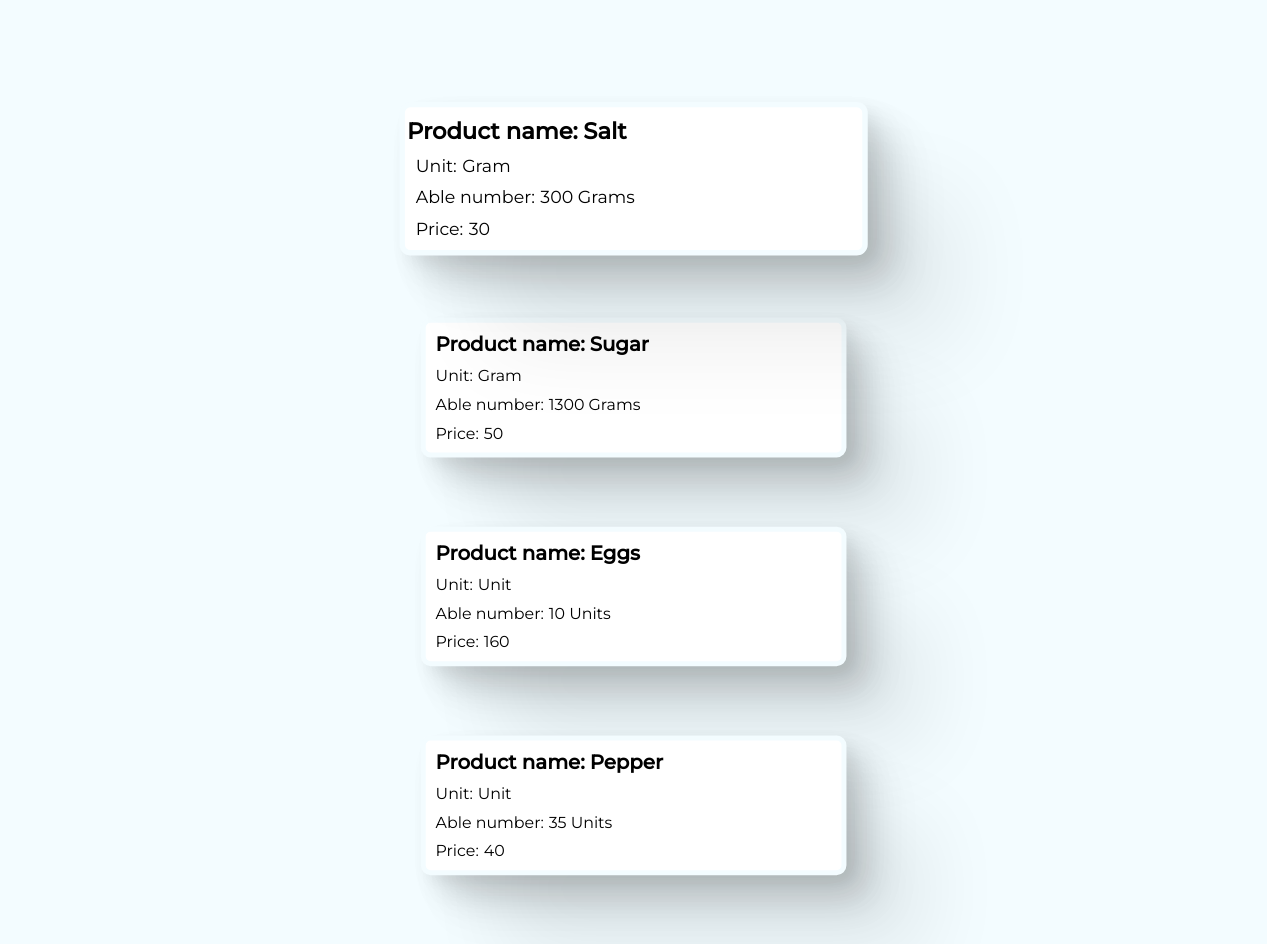
Repository: OlexandraKovach2/Vue
Page: / (app in vuexam/brila-exam/)
An editor plug-in stored every save of this project. The page is shown before and after the next save, followed by the edit.
The browser window is 1280 px wide. The pictures show the whole page, at 99% of full size.
The pointer rests on the first visible `.info-row`.
The project was rebuilt for these pictures with package versions that can differ from the ones it lists, and the page was loaded fresh each time. Also part of the build but not shown: vuexam/brila-exam/vue.config.js.

Above is the page before, as saved 2022-11-08 22:02:38.

### vuexam/brila-exam/public/index.html
<!DOCTYPE html>
<html lang="">
  <head>
    <meta charset="utf-8">
    <meta http-equiv="X-UA-Compatible" content="IE=edge">
    <meta name="viewport" content="width=device-width,initial-scale=1.0">
    <link rel="icon" href="<%= BASE_URL %>favicon.ico">
    <title><%= htmlWebpackPlugin.options.title %></title>
  </head>
  <body>
    <noscript>
      <strong>We're sorry but <%= htmlWebpackPlugin.options.title %> doesn't work properly without JavaScript enabled. Please enable it to continue.</strong>
    </noscript>
    <div id="app"></div>
    <!-- built files will be auto injected -->
  </body>
</html>

<style>

  *{
    padding: 0px;
    margin: 0px;
  }
  body{
    background-color: rgb(243, 252, 255);
  }

</style>

### vuexam/brila-exam/src/main.js
import { createApp } from 'vue'
import App from './App.vue'
import store from '@/store'

createApp(App).use(store).mount('#app')

### vuexam/brila-exam/src/App.vue
<template>
  <div>
    <ObjectTable :listData="list"/>
  </div>
</template>

<script>
  import { mapGetters } from 'vuex';
  import ObjectTable from "./components/ObjectTable";
  export default {
    name: "App",
    components: {
      ObjectTable,
    },
    computed: {
      ...mapGetters(['list']),
    },
  }
</script>

<style lang="scss" scoped>
@import url('https://fonts.googleapis.com/css2?family=Montserrat:wght@100;200;300;400;500&display=swap');
*{
  font-family: 'Montserrat', sans-serif;
}
</style>

### vuexam/brila-exam/src/store/index.js
import {createStore} from 'vuex'

const store = createStore({
    state: {
        list: [
            {
                id: 1,
                name: "Salt",
                unit: "Gram",
                count: "300",
                cost: 30
            },
            {
                id: 2,
                name: "Sugar",
                unit: "Gram",
                count: "1300",
                cost: 50
            },
            {
                id: 3,
                name: "Eggs",
                unit: "Unit",
                count: "10",
                cost: 160
            },
            {
                id: 4,
                name: "Pepper",
                unit: "Unit",
                count: "35",
                cost: 40
            }
        ]
    },
    getters: {
        list: state => {
            return state.list;
        }
    },
});

export default store;

### vuexam/brila-exam/src/components/ObjectTable/index.vue
<template>
    <div class="objectTable">
        <div class="object">
        <ObjectBase v-for="item in listData"
        :key="item.id"
        :id="item.id"
        :name="item.name"
        :unit="item.unit"
        :count="item.count"
        :cost="item.cost"
        />
        </div>
    </div>
</template>

<script>
    import ObjectBase from "./ObjectBase.vue"
    export default {
        name: "ObjectTable",
        components: {
            ObjectBase,
        },
        props: {
            listData: {
                type: Array,
                default: () => []
            },
        },
    }
</script>

<style lang="scss" scoped>
.object{
    display: flex;
    flex-direction: column;
    margin-top: 40px;
}
.objectTable{
    display: flex;
    justify-content: center;
}
.object:last-child{
    margin-bottom: 70px;
}
</style>

### vuexam/brila-exam/src/components/ObjectTable/ObjectBase.vue
<template>
    <div class="ObjectCard">
        <div class="info-row name">
            <div>Product name: </div>
            <div>{{name}}</div>
        </div>
        <div class="info-row">
            <div>Unit: </div>
            <div>{{unit}}</div>
        </div>
        <div class="info-row">
            <div>Able number: </div>
            <div>{{count}} {{unit}}s</div>
        </div>
        <div class="info-row">
            <div>Price: </div>
            <div>{{cost}}</div>
        </div>
    </div>
</template>

<script>
    import { mapGetters } from 'vuex'
    export default {
        name: "ObjectBase",
        computed: {
        ...mapGetters(['list']),
        },
        props: {
            id: {
                type: Number,
                default: 0
            },
            name: {
                type: String,
                default: "None name"
            },
            unit: {
                type: String,
                default: "kilo"
            },
            count: {
                type: Number,
                default: 1
            },
            cost: {
                type: Number,
                default: 10
            }
        },
    }
</script>

<style lang="scss" scoped>
.ObjectCard{
    margin-top: 70px;
    background-color: white;
    width: 400px;
    border-radius: 10px;
    border: 5px solid rgb(243, 252, 255);
    box-shadow:
  6.6px 6.7px 13.7px rgba(0, 0, 0, 0.04),
  12.9px 13.2px 25.3px rgba(0, 0, 0, 0.053),
  19.2px 19.6px 34.3px rgba(0, 0, 0, 0.057),
  25.9px 26.5px 40.9px rgba(0, 0, 0, 0.057),
  35.7px 36.6px 47.2px rgba(0, 0, 0, 0.057),
  82px 84px 80px rgba(0, 0, 0, 0.07);
  display: flex;
  flex-direction: column;
  gap: 10px;
  padding: 10px;
  transition: 0.3s;
}
.ObjectCard:hover{
    scale: 1.1;
}
.info-row{
    display: flex;
    gap: 5px;
    transition: 0.3s;
}
.info-row:hover{
    scale: 1.04;
}
.name{
    font-size: 20px;
    font-weight: 600;
}
</style>

After the next save:
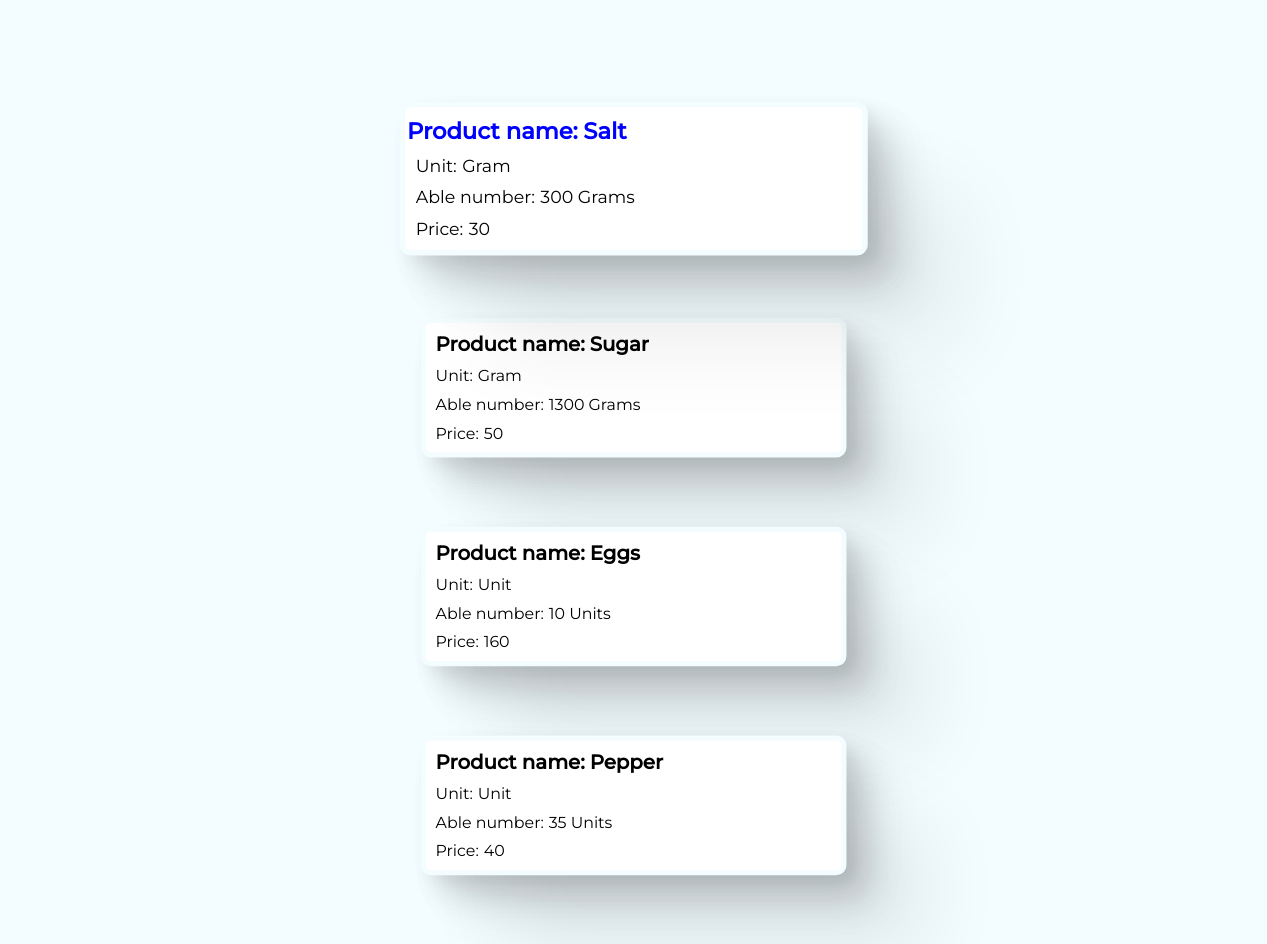
Saved 112 s later.
--- a/vuexam/brila-exam/src/components/ObjectTable/ObjectBase.vue
+++ b/vuexam/brila-exam/src/components/ObjectTable/ObjectBase.vue
@@ -81,6 +81,7 @@
 }
 .info-row:hover{
     scale: 1.04;
+    color: rgb(0, 0, 255);
 }
 .name{
     font-size: 20px;
